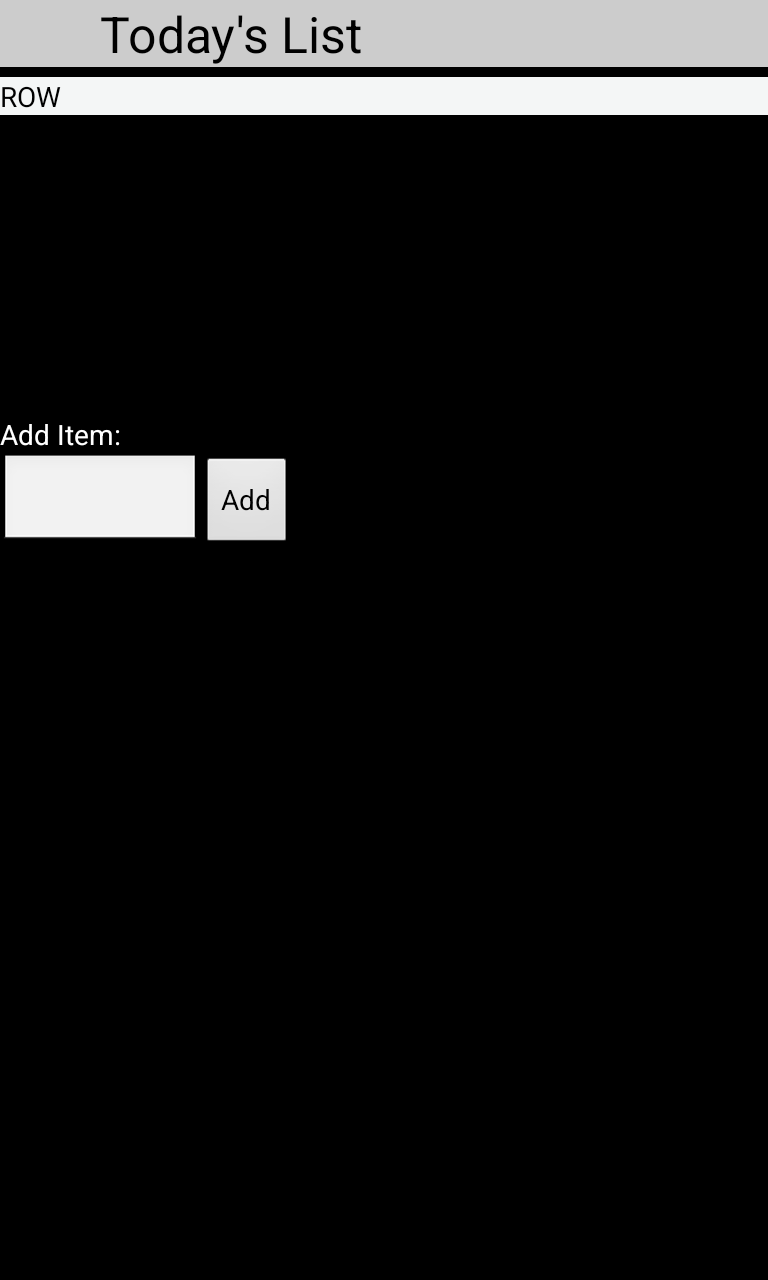
Repository: adatta02/comp194ma
Layout: hello_world/res/layout/main.xml
The author's editor kept a copy of each file at every save. The layout is drawn from the files as they stood at one save, then again after the next save.
It is drawn on a 768 x 1280 px phone screen (xhdpi) without system bars, with theme android:Theme; the app's code is not run.

Above is the layout before, as saved 2009-02-03 05:52:12.

### hello_world/res/layout/main.xml
<?xml version="1.0" encoding="utf-8"?>
<LinearLayout xmlns:android="http://schemas.android.com/apk/res/android"
    android:orientation="vertical"
    android:layout_width="fill_parent"
    android:layout_height="fill_parent"
    >

<TextView android:id="@+id/TextView01" android:layout_height="wrap_content" android:text="Today's List" android:textSize="25sp" android:background="#cccccc" android:textColor="#000000" android:paddingLeft="100px" android:layout_width="fill_parent"></TextView><TableLayout android:id="@+id/TableLayout01" android:layout_width="fill_parent" android:layout_height="fill_parent" android:layout_marginTop="10px"><TableRow android:id="@+id/TableRow01" android:layout_height="fill_parent" android:layout_width="fill_parent" android:background="#F4F6F6"><TextView android:id="@+id/TextView02" android:text="ROW" android:layout_height="fill_parent" android:layout_width="fill_parent" android:textColor="#000000"></TextView>
</TableRow>
<TableRow android:id="@+id/TableRow02" android:layout_width="wrap_content" android:layout_height="wrap_content" android:layout_marginTop="300px"><TextView android:id="@+id/TextView03" android:layout_width="wrap_content" android:layout_height="wrap_content" android:text="Add Item:" android:textColor="#ffffff"></TextView></TableRow>
<TableRow android:id="@+id/TableRow03" android:layout_width="wrap_content" android:layout_height="wrap_content"><EditText android:id="@+id/EditText01" android:layout_width="wrap_content" android:layout_height="wrap_content" android:editable="true" android:width="200px"></EditText>
<Button android:id="@+id/Button01" android:layout_width="wrap_content" android:layout_height="wrap_content" android:text="Add"></Button>
</TableRow>
</TableLayout>


</LinearLayout>

After the next save:
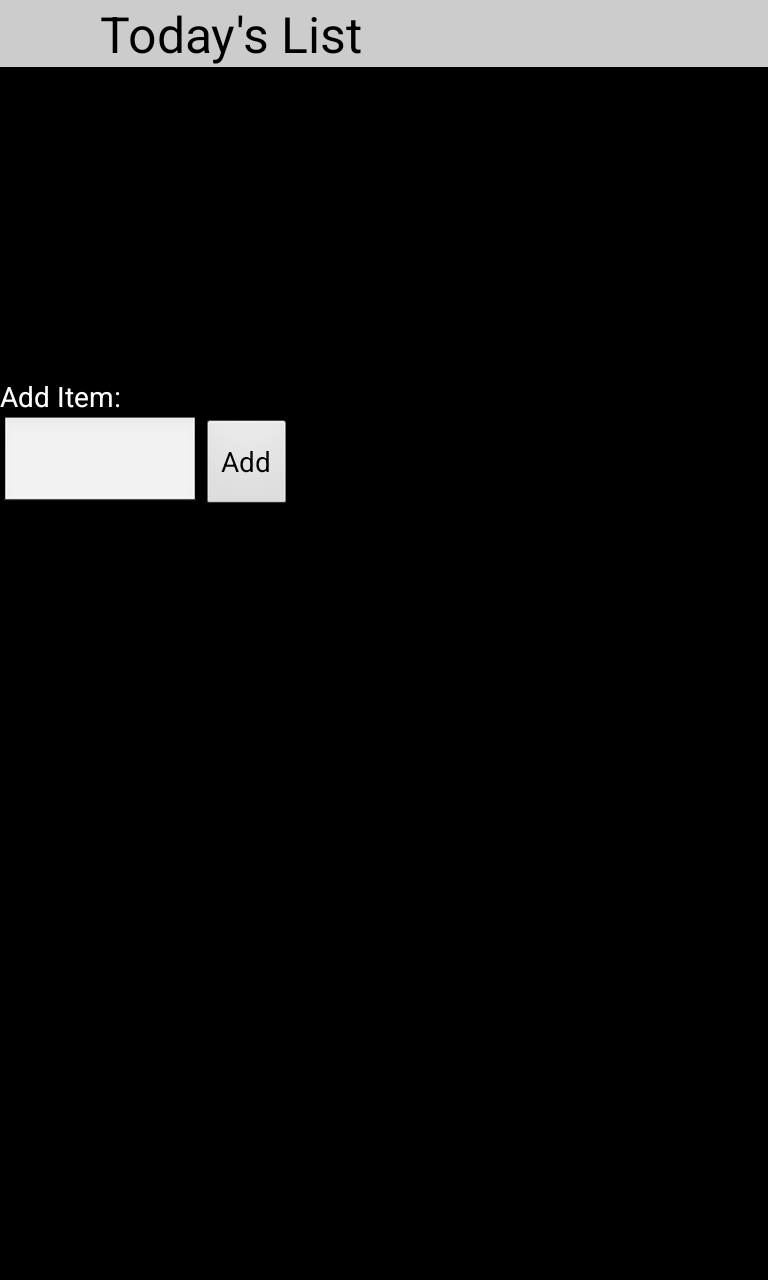
Saved 7 min 32 s later.
--- a/hello_world/res/layout/main.xml
+++ b/hello_world/res/layout/main.xml
@@ -5,8 +5,7 @@
     android:layout_height="fill_parent"
     >
 
-<TextView android:id="@+id/TextView01" android:layout_height="wrap_content" android:text="Today's List" android:textSize="25sp" android:background="#cccccc" android:textColor="#000000" android:paddingLeft="100px" android:layout_width="fill_parent"></TextView><TableLayout android:id="@+id/TableLayout01" android:layout_width="fill_parent" android:layout_height="fill_parent" android:layout_marginTop="10px"><TableRow android:id="@+id/TableRow01" android:layout_height="fill_parent" android:layout_width="fill_parent" android:background="#F4F6F6"><TextView android:id="@+id/TextView02" android:text="ROW" android:layout_height="fill_parent" android:layout_width="fill_parent" android:textColor="#000000"></TextView>
-</TableRow>
+<TextView android:id="@+id/TextView01" android:layout_height="wrap_content" android:text="Today's List" android:textSize="25sp" android:background="#cccccc" android:textColor="#000000" android:paddingLeft="100px" android:layout_width="fill_parent"></TextView><TableLayout android:id="@+id/TableLayout01" android:layout_width="fill_parent" android:layout_height="fill_parent" android:layout_marginTop="10px">
 <TableRow android:id="@+id/TableRow02" android:layout_width="wrap_content" android:layout_height="wrap_content" android:layout_marginTop="300px"><TextView android:id="@+id/TextView03" android:layout_width="wrap_content" android:layout_height="wrap_content" android:text="Add Item:" android:textColor="#ffffff"></TextView></TableRow>
 <TableRow android:id="@+id/TableRow03" android:layout_width="wrap_content" android:layout_height="wrap_content"><EditText android:id="@+id/EditText01" android:layout_width="wrap_content" android:layout_height="wrap_content" android:editable="true" android:width="200px"></EditText>
 <Button android:id="@+id/Button01" android:layout_width="wrap_content" android:layout_height="wrap_content" android:text="Add"></Button>
@@ -14,4 +13,5 @@
 </TableLayout>
 
 
+
 </LinearLayout>
